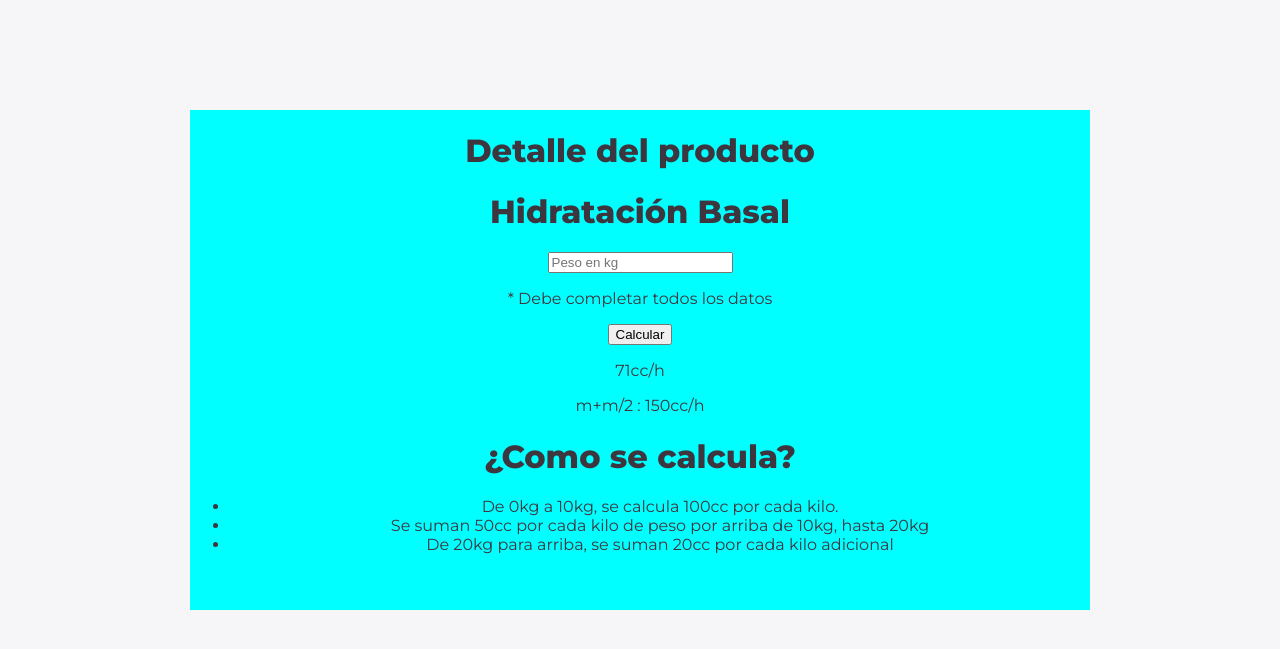
Repository: Fredy452/calculadora_basal
Page: index.html
The author's editor kept a copy of each file at every save. The page is drawn from the files as they stood at one save, then again after the next save.
The browser window is 1280 px wide. The pictures show the whole page.

Above is the page before, as saved 2023-04-21 07:30:22.

After the next save:
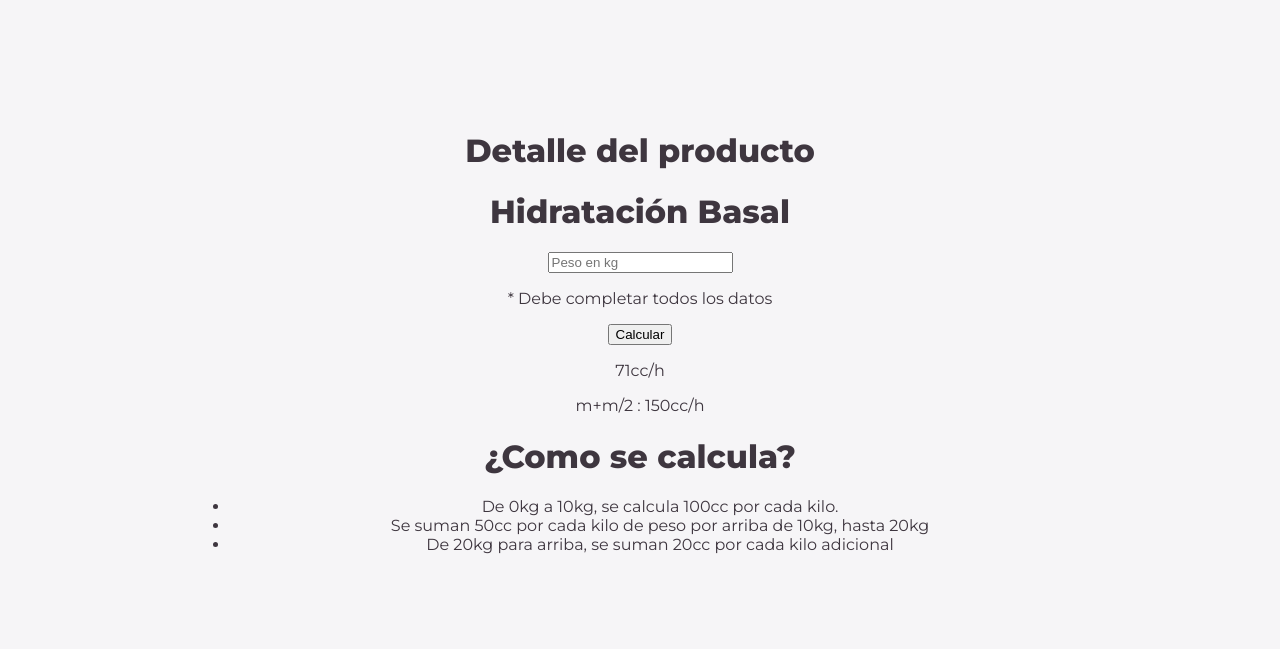
Saved 8 s later.
--- a/style.css
+++ b/style.css
@@ -8,7 +8,6 @@ body{
 #contenedor{
     width: 900px;
     height: 500px;
-    background-color: aqua;
     position: absolute;
     text-align: center;
     inset: 0;
